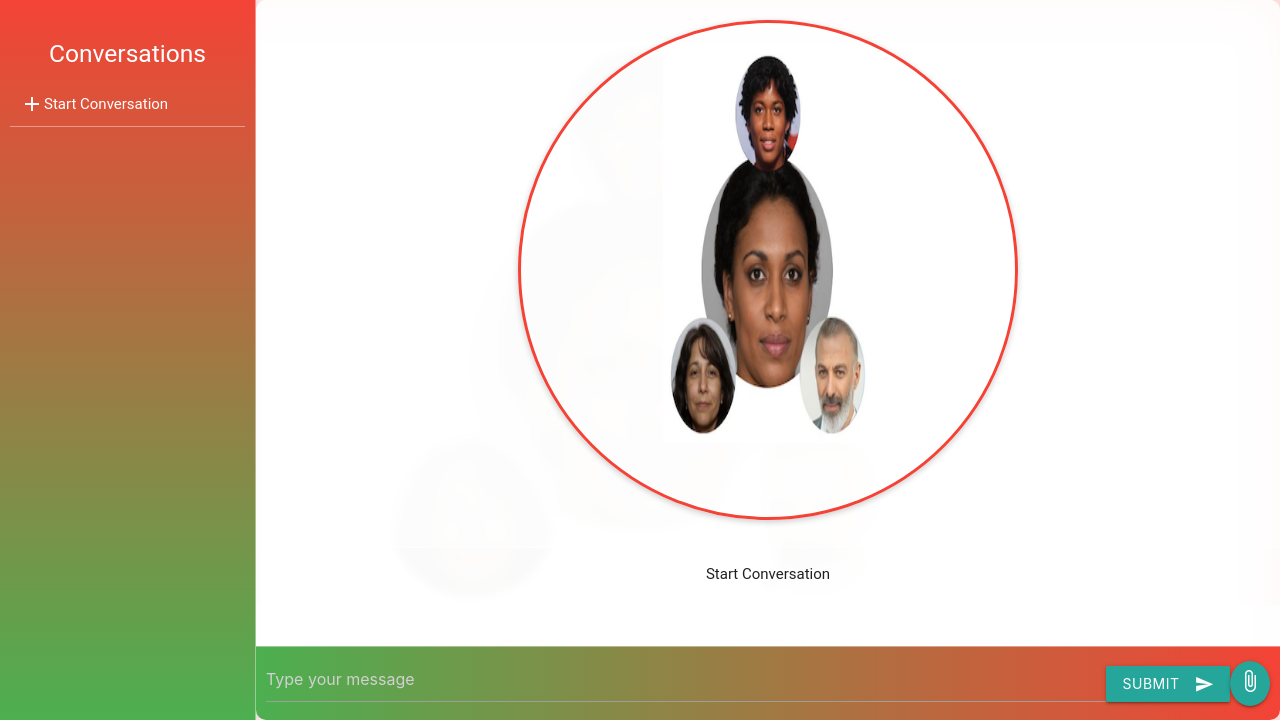
Repository: jcuzcan/sesmag
Page: / (app in frontend/)
The author's editor kept a copy of each file at every save. The page is drawn from the files as they stood at one save, then again after the next save.
The browser window is 1280 px wide. The pictures show the whole page.
The page's requests for data from a server got no answer. The project was rebuilt for these pictures with package versions that can differ from the ones it lists, and the page was loaded fresh each time. No one was signed in, and anything a server would have sent is missing.

Above is the page before, as saved 2024-12-09 22:13:17.

### frontend/public/index.html
<!DOCTYPE html>
<html lang="en">
  <head>
    <meta charset="utf-8" />
    <link rel="icon" href="%PUBLIC_URL%/favicon.ico" />
    <meta name="viewport" content="width=device-width, initial-scale=1" />
    <meta name="theme-color" content="#000000" />
    <link href="https://fonts.googleapis.com/icon?family=Material+Icons" rel="stylesheet" />
    <meta name="description" content="Web site created using create-react-app" />
    <link rel="apple-touch-icon" href="%PUBLIC_URL%/logo192.png" />
    <link rel="manifest" href="%PUBLIC_URL%/manifest.json" />
    <title>React App</title>
  </head>
  <body>
    <noscript>You need to enable JavaScript to run this app.</noscript>
    <div id="root"></div>
  </body>
</html>

### frontend/src/App.js
import React, { useState, useEffect } from "react";
import ApiService from "./service";
import "materialize-css/dist/css/materialize.min.css";
import ReactMarkdown from "react-markdown";
import "./App.css";
import FeeImage from './Fee.png';

const App = () => {
  const [conversation, setConversation] = useState({
    messages: [],
    _id: null,
  });
  const [conversations, setConversations] = useState([]);
  const [message, setMessage] = useState("");
  const [sidebarOpen, setSidebarOpen] = useState(false);
  const [isLoading, setIsLoading] = useState(false);

  useEffect(() => {
    ApiService.getAllConversations()
      .then((res) => {
        setConversations(res);
      })
      .catch((error) => {
        window.alert(error.message ?? error.toString());
      });
  }, []);

  const handleSendMessage = async () => {
    if (message.trim()) {
      let conversationId = conversation._id;

      if (!conversation._id) {
        await ApiService.startConversation()
          .then((res) => {
            setConversation(res);
            conversationId = res._id;
            setConversations([res, ...conversations]);
          })
          .catch((error) => window.alert(error.message ?? error.toString()));
      }
      setConversation((conversation) => ({
        ...conversation,
        messages: [
          ...conversation.messages,
          { role: "user", content: message.trim() },
        ],
      }));
      setIsLoading(true);
      await ApiService.sendMessage(conversationId, message)
        .catch((error) => {
          error.message ?? error.toString();
        })
        .then((res) => {
          setConversation(res);
          setMessage("");
          // set conversion description
          setConversations((conversations) =>
            conversations.map((c) => {
              if (c._id === res._id) {
                c.description = res.description;
              }
              return c;
            })
          );
        });
      setIsLoading(false);
    }
  };

  const handleFileUpload = async (e) => {
    const file = e.target.files[0];
    if (file) {
      let conversationId = conversation._id;
      if (!conversation._id) {
        await ApiService.startConversation()
          .then((res) => {
            setConversation(res);
            conversationId = res._id;
            setConversations([res, ...conversations]);
          })
          .catch((error) => console.log(error));
      }
      setIsLoading(true);
      await ApiService.uploadContext(conversationId, file)
        .then((res) => {
          setConversation(res);
          // set conversion description
          setConversations((conversations) =>
            conversations.map((c) => {
              if (c._id === res._id) {
                c.description = res.description;
              }
              return c;
            })
          );
        })
        .catch((error) => window.alert(error.message ?? error.toString()));
      setIsLoading(false);
    }
  };

  const toggleSidebar = () => {
    setSidebarOpen((prev) => !prev);
  };

  const startConversation = async () => {
    if (isLoading) {
      return;
    }
    setIsLoading(true);
    await ApiService.startConversation()
      .then((res) => {
        setConversation(res);
        setConversations([res, ...conversations]);
      })
      .catch((error) => console.log(error));
    setIsLoading(false);
  };

  const getConversationById = (id) => {
    ApiService.getConversationById(id)
      .then((res) => {
        setConversation(res);
      })
      .catch((error) => {
        console.error(error.message ?? error.toString());
      });
  };

  return (
    <div className="app-container">
  <div className={`sidebar ${sidebarOpen ? "open" : ""}`}>
    <button className="close-btn" onClick={toggleSidebar}>
      <i className="material-icons">close</i>
    </button>
    <h5 className="mt-2 text-center">Conversations</h5>
    <ul>
      <li
        className="d-flex align-items-center"
        onClick={() => startConversation()}
      >
        <i className="material-icons">add</i> Start Conversation
      </li>
      {conversations.map((conversation) => (
        <li
          key={conversation._id}
          onClick={() => getConversationById(conversation._id)}
        >
          {conversation.description || `Conversation ${conversation._id}`}
        </li>
      ))}
    </ul>
  </div>
  <div className="chat-container">
    {/* Image Container */}
    <div className="image-container">
      <img src={FeeImage} alt="Profile" />
    </div>
    <div className="row">
      <button className="sidebar-toggle-btn" onClick={toggleSidebar}>
        &#9776;
      </button>
      <div className="flex-1 align-center" style={{ marginTop: "1rem" }}>
        {conversation._id ? (
          <>
            {conversation.description || `Conversation ${conversation._id}`}
          </>
        ) : (
          <>Start Conversation</>
        )}
      </div>
    </div>

    <div className="chat-window">
      {conversation && conversation.messages.length > 0 ? (
        conversation.messages
          .filter((messages) =>
            ["assistant", "user"].includes(messages.role)
          )
          .map((msg, index) => (
            <div
              key={index}
              className={`message ${
                msg.role === "user" ? "user-message" : "ai-message"
              }`}
            >
              <strong>{msg.role === "user" ? "You" : "AI"}:</strong>{" "}
              <ReactMarkdown>{msg.content}</ReactMarkdown>
            </div>
          ))
      ) : (
        <p className="no-messages">No messages!</p>
      )}
    </div>
    <div className="input-bar">
      <textarea
        id="message"
        className="materialize-textarea"
        value={message}
        onChange={(e) => setMessage(e.target.value)}
        placeholder="Type your message"
      ></textarea>
      <button
        className="btn waves-effect waves-light"
        onClick={handleSendMessage}
        name="action"
        disabled={isLoading}
      >
        Submit
        <i className="material-icons right">send</i>
      </button>
      <div className="file-field">
        <button className="btn btn-floating" disabled={isLoading}>
          <i className="material-icons">attach_file</i>
          <input
            type="file"
            onChange={handleFileUpload}
            accept="application/pdf"
          />
        </button>
      </div>
    </div>
  </div>
</div>

  );
};

export default App;

### frontend/src/service.js
import axios from "axios";

const BASE_URL = "http://localhost:4000/api";

const apiClient = axios.create({
  baseURL: BASE_URL,
  headers: {
    "Content-Type": "application/json",
  },
});

// Centralized error handler
const handleError = (error) => {
  if (error.response) {
    const message =
      error.response.data?.message || `Error: ${error.response.statusText}`;
    return Promise.reject(new Error(message));
  } else if (error.request) {
    return Promise.reject(
      new Error("No response from server. Please try again later.")
    );
  } else {
    return Promise.reject(
      new Error(error.message || "An unexpected error occurred.")
    );
  }
};

// API Service
const ApiService = {
  startConversation: async () => {
    try {
      const response = await apiClient.post("/conversation/start-conversation");
      return response.data;
    } catch (error) {
      return handleError(error);
    }
  },

  getAllConversations: async () => {
    try {
      const response = await apiClient.get("/conversation/");
      return response.data;
    } catch (error) {
      return handleError(error);
    }
  },

  getConversationById: async (id) => {
    try {
      const response = await apiClient.get(`/conversation/${id}`);
      return response.data;
    } catch (error) {
      return handleError(error);
    }
  },

  sendMessage: async (id, message) => {
    try {
      const response = await apiClient.post(`/conversation/${id}`, { message });
      return response.data;
    } catch (error) {
      return handleError(error);
    }
  },

  uploadContext: async (id, file) => {
    try {
      const formData = new FormData();
      formData.append("file", file);

      const response = await apiClient.post(
        `/conversation/upload-context/${id}`,
        formData,
        {
          headers: {
            "Content-Type": "multipart/form-data",
          },
        }
      );
      return response.data;
    } catch (error) {
      return handleError(error);
    }
  },
};

export default ApiService;

### frontend/src/App.css
body {
  margin: 0;
  font-family: 'Roboto', sans-serif;
  background: url('Fee.png') no-repeat center center fixed;
  background-size: cover;
}

.app-container {
  display: flex;
  height: 100vh;
  width: 100%;
  background: rgba(255, 255, 255, 0.9); /* Adds a slight overlay for readability */
  backdrop-filter: blur(5px); /* Adds blur effect to the background */
  box-shadow: inset 0 0 50px rgba(255, 0, 0, 0.2); /* Adds a festive glow */
}

.sidebar {
  width: 20%;
  background: linear-gradient(to bottom, #f44336, #4caf50); /* Christmas red and green */
  color: white;
  padding: 10px;
  border-right: 1px solid rgba(255, 255, 255, 0.4);
  overflow-y: auto;
  transition: transform 0.3s ease;
  box-shadow: 2px 0 5px rgba(0, 0, 0, 0.1);
}

.sidebar ul {
  list-style: none;
  padding: 0;
}

.sidebar ul li {
  padding: 10px;
  cursor: pointer;
  border-bottom: 1px solid rgba(255, 255, 255, 0.4);
  text-transform: capitalize;
  color: #fff;
}

.sidebar ul li:hover {
  background-color: rgba(255, 255, 255, 0.3); /* Slight highlight effect */
}

.sidebar.open {
  transform: translateX(0);
}

.sidebar.close {
  transform: translateX(-100%);
}

.close-btn {
  font-size: 20px;
  background: none;
  border: none;
  cursor: pointer;
  color: #fff;
  float: right;
  display: none;
}

.chat-container {
  flex: 1;
  display: flex;
  flex-direction: column;
  height: 100%;
  position: relative;
  background-color: rgba(255, 255, 255, 0.8);
  border-radius: 10px;
  overflow: hidden;
}

.image-container {
  width: 100%;
  text-align: center;
  padding: 20px;
  background: rgba(255, 255, 255, 0.3); /* Light snowy effect */
  border-bottom: 1px solid rgba(255, 255, 255, 0.4);
}

.image-container img {
  max-width: 500px;
  height: 500px;
  border-radius: 50%;
  border: 3px solid #f44336;
  box-shadow: 0 2px 6px rgba(0, 0, 0, 0.2);
}


.chat-window {
  flex: 1;
  padding: 20px;
  overflow-y: auto;
  background: rgba(255, 255, 255, 0.8);
  border-top: 1px solid rgba(255, 255, 255, 0.4);
}

.input-bar {
  display: flex;
  align-items: center;
  padding: 10px;
  border-top: 1px solid rgba(255, 255, 255, 0.4);
  background: linear-gradient(to right, #4caf50, #f44336); /* Christmas gradient */
  color: white;
}

.message {
  max-width: 70%;
  margin: 10px 0;
  padding: 10px;
  border-radius: 10px;
  word-wrap: break-word;
}

.user-message {
  margin-left: auto;
  background-color: #e57373; /* Warm red for user messages */
  color: #fff;
}

.ai-message {
  margin-right: auto;
  background-color: #81c784; /* Festive green for AI messages */
  color: #fff;
}

textarea {
  flex: 1;
  resize: none;
  border: 2px solid #fff;
  border-radius: 5px;
  padding: 10px;
  margin-right: 10px;
}

.sidebar-toggle-btn {
  position: absolute;
  display: none;
  top: 10px;
  left: 10px;
  background: none;
  border: none;
  font-size: 24px;
  cursor: pointer;
  z-index: 1000;
}

@media (max-width: 768px) {
  .sidebar {
    position: fixed;
    height: 100%;
    min-width: 300px;
    transform: translateX(-100%);
    z-index: 1000;
    box-shadow: 2px 0 5px rgba(0, 0, 0, 0.3);
  }

  .sidebar-toggle-btn {
    display: block;
  }

  .close-btn {
    display: block;
  }

  .sidebar.open {
    transform: translateX(0);
  }

  .chat-container {
    padding-left: 0;
  }
}

.no-messages {
  text-align: center;
  font-style: italic;
  color: rgba(255, 255, 255, 0.8);
}

/* Decorative Elements */
.mt-1 {
  margin-top: 1rem;
}

.mt-2 {
  margin-top: 2rem;
}

.d-flex {
  display: flex;
}

.align-items-center {
  align-items: center;
}

.text-center {
  text-align: center;
}

/* Snowfall Animation (Optional) */
@keyframes snowfall {
  0% { transform: translateY(-100px); }
  100% { transform: translateY(100vh); }
}

.snowflake {
  position: absolute;
  top: 0;
  animation: snowfall 10s linear infinite;
  opacity: 0.8;
  color: white;
}

.snowflake:nth-child(1) { left: 10%; animation-duration: 15s; font-size: 20px; }
.snowflake:nth-child(2) { left: 50%; animation-duration: 12s; font-size: 25px; }
.snowflake:nth-child(3) { left: 70%; animation-duration: 10s; font-size: 18px; }

Loaded but not shown: frontend/src/index.js (common file); frontend/src/index.css (common file); frontend/src/reportWebVitals.js (common file)

After the next save:
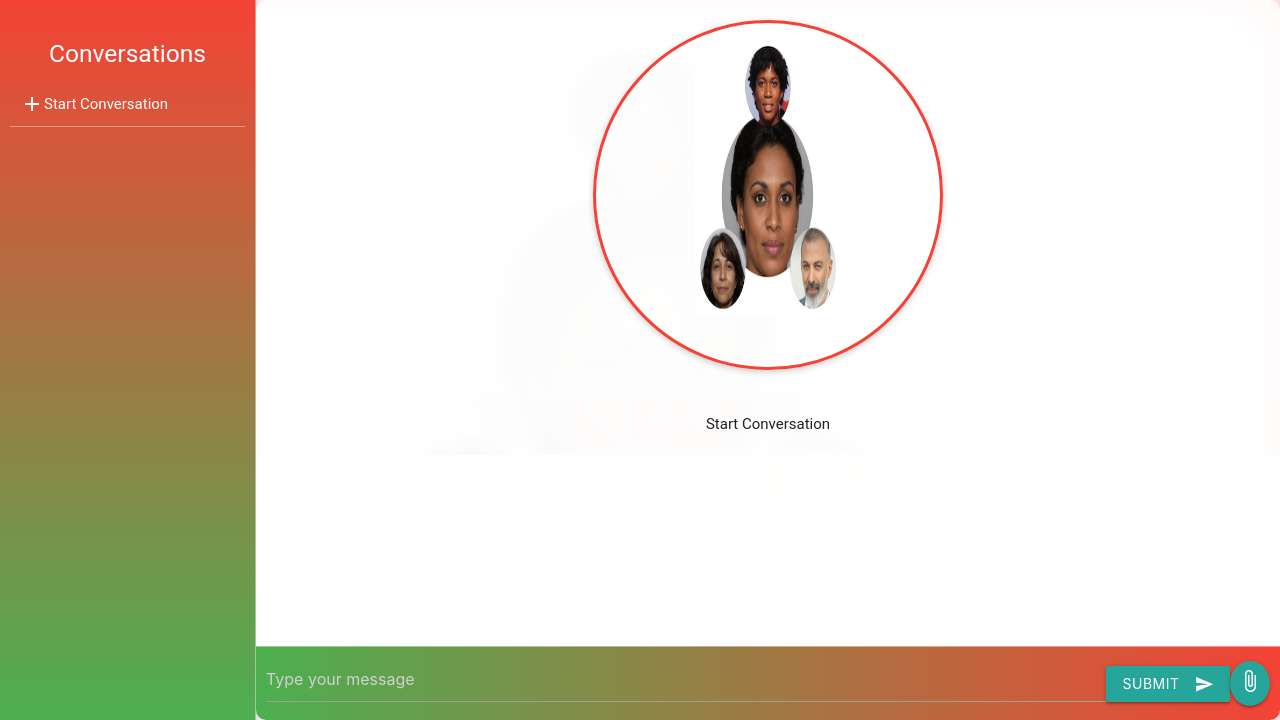
Saved 23 s later.
--- a/frontend/src/App.css
+++ b/frontend/src/App.css
@@ -80,8 +80,8 @@ body {
 }
 
 .image-container img {
-  max-width: 500px;
-  height: 500px;
+  max-width: 350px;
+  height: 350px;
   border-radius: 50%;
   border: 3px solid #f44336;
   box-shadow: 0 2px 6px rgba(0, 0, 0, 0.2);
